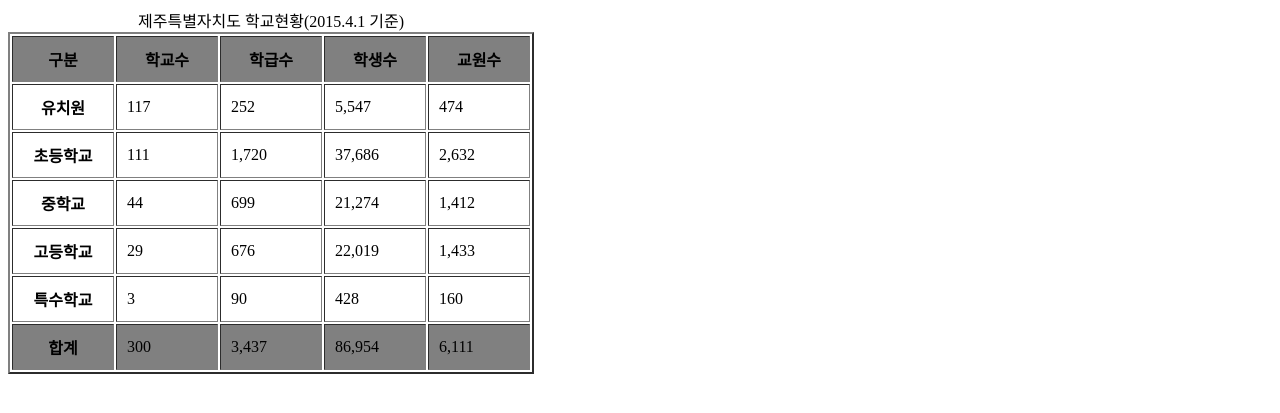
Repository: seulhwangbo/SeulJSP
Page: jspSrc17/webStandard01/src/main/webapp/02/table06.html
The author's editor kept a copy of each file at every save. The page is drawn from the files as they stood at one save, then again after the next save.
The browser window is 1280 px wide. The pictures show the whole page.

Above is the page before, as saved 2024-06-13 07:07:11.

### jspSrc17/webStandard01/src/main/webapp/02/table06.html
<!DOCTYPE html>
<html>
<head>
<meta charset="UTF-8">
<style type="text/css">
td, th {
	padding: 10px;
	width: 80px;
}

thead,tfoot {
	background-color: gray;
}
</style>
<title>Insert title here</title>
</head>
<body>
	<table border="2">
	<caption>
		제주특별자치도 학교현황(2015.4.1 기준)
	</caption>
		<thead>
			<tr>
				<th>구분</th>
				<th>학교수</th>
				<th>학급수</th>
				<th>학생수</th>
				<th>교원수</th>
			</tr>
		</thead>
		<tr>
			<th>유치원</th>
			<td>117</td>
			<td>252</td>
			<td>5,547</td>
			<td>474</td>
		</tr>
		<tr>
			<th>초등학교</th>
			<td>111</td>
			<td>1,720</td>
			<td>37,686</td>
			<td>2,632</td>
		</tr>
		<tr>
			<th>중학교</th>
			<td>44</td>
			<td>699</td>
			<td>21,274</td>
			<td>1,412</td>
		</tr>
		<tr>
			<th>고등학교</th>
			<td>29</td>
			<td>676</td>
			<td>22,019</td>
			<td>1,433</td>
		</tr>
		<tr>
			<th>특수학교</th>
			<td>3</td>
			<td>90</td>
			<td>428</td>
			<td>160</td>
		</tr>
		<tfoot>
		<tr>
			<th>합계</th>
			<td>300</td>
			<td>3,437</td>
			<td>86,954</td>
			<td>6,111</td>
		</tr>
		</tfoot>
	</table>
</body>
</html>

After the next save:
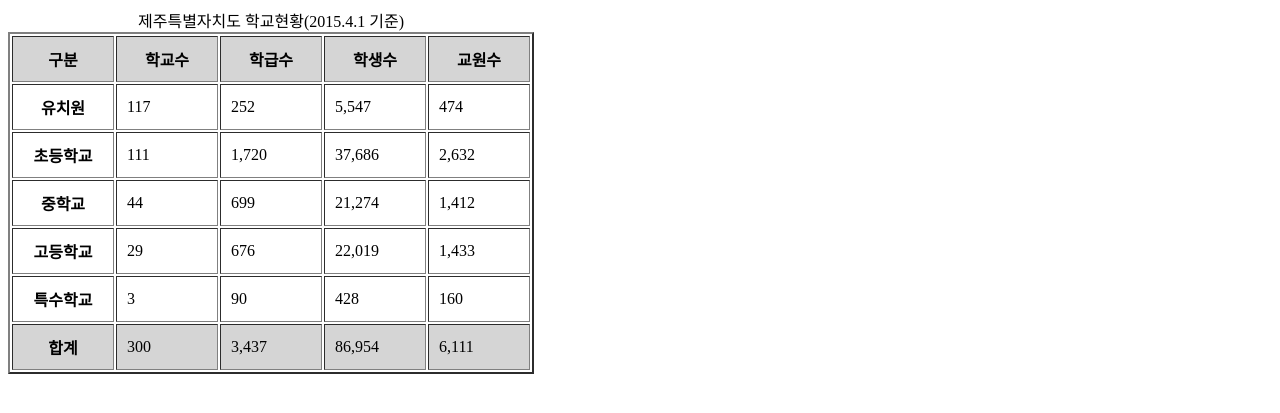
Saved 3 min 43 s later.
--- a/jspSrc17/webStandard01/src/main/webapp/02/table06.html
+++ b/jspSrc17/webStandard01/src/main/webapp/02/table06.html
@@ -9,7 +9,7 @@ td, th {
 }
 
 thead,tfoot {
-	background-color: gray;
+	background-color: #D5D5D5;
 }
 </style>
 <title>Insert title here</title>
